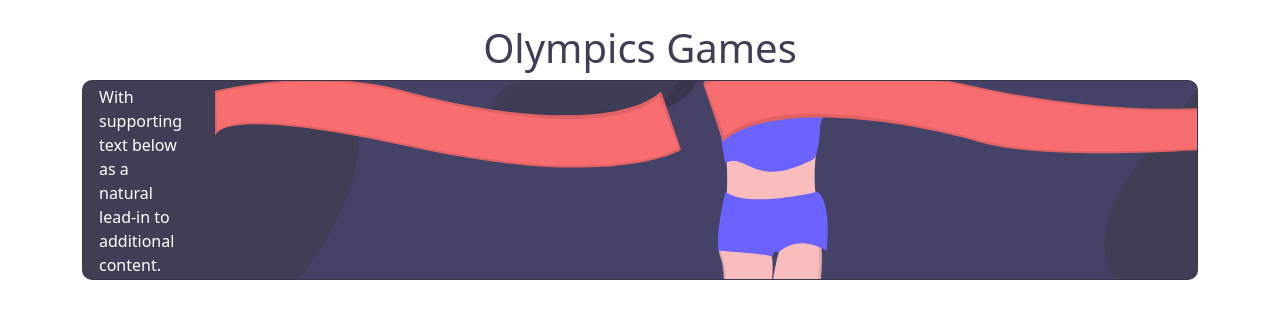
Repository: ahmedazawi/olympic_games
Page: client/views/index.html
An editor plug-in stored every save of this project. The page is shown before and after the next save, followed by the edit.
The browser window is 1280 px wide. The pictures show the whole page.

Above is the page before, as saved 2021-12-24 13:02:36.

### client/views/index.html
<!DOCTYPE html>
<html lang="en">

<head>
    <meta charset="UTF-8">
    <meta http-equiv="X-UA-Compatible" content="IE=edge">
    <meta name="viewport" content="width=device-width, initial-scale=1.0">
    <link href="https://cdn.jsdelivr.net/npm/bootstrap@5.1.3/dist/css/bootstrap.min.css" rel="stylesheet"
        integrity="sha384-1BmE4kWBq78iYhFldvKuhfTAU6auU8tT94WrHftjDbrCEXSU1oBoqyl2QvZ6jIW3" crossorigin="anonymous">
    <link rel="stylesheet" href="/css/index.css">
    <title>Home</title>
</head>

<body>
    <div class="background-img">
        <img>

    </div>

    <div class="body-container d-flex flex-column align-items-center w-100">
        <h1 class="">Olympics Games</h1>
        <div class="container">
            <div class="row g-4">
                <div class="col-12">
                    <div class="card w-100 d-flex flex-row align-items-center">
                        <div class="card-body">
                            <h5 class="card-title">Card title</h5>
                            <p class="card-text">With supporting text below as a natural lead-in to additional content.
                            </p>
                            <a href="#" class="btn btn-light ">Button</a>
                        </div>
                        <div>
                            <img src="/svg/1.svg">
                        </div>
                    </div>
                </div>
            </div>
        </div>
    </div>

    <script src="https://cdn.jsdelivr.net/npm/bootstrap@5.1.3/dist/js/bootstrap.bundle.min.js"
        integrity="sha384-ka7Sk0Gln4gmtz2MlQnikT1wXgYsOg+OMhuP+IlRH9sENBO0LRn5q+8nbTov4+1p"
        crossorigin="anonymous"></script>
</body>

</html>

### client/assets/css/index.css
* {
  --appColor: rgb(63, 62, 85);
}
body {
  color: var(--appColor);
}
.bg-app-color {
  background-color: var(--appColor);
  border: var(--appColor);
}
.font-app-color {
  color: var(--appColor);
}
.body-container .card {
  border-radius: 10px;
  height: 200px;
  background-color: var(--appColor);
  color: white;
  overflow: hidden;
}

After the next save:
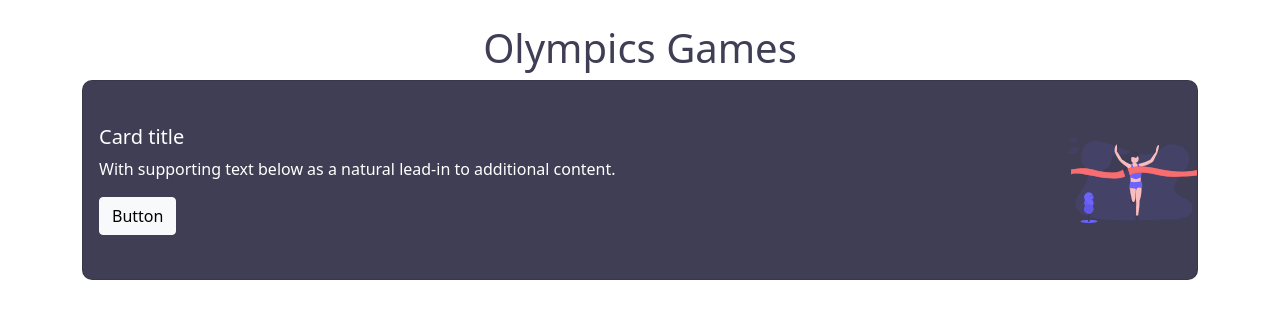
Saved 25 s later.
--- a/client/assets/css/index.css
+++ b/client/assets/css/index.css
@@ -18,3 +18,6 @@
   color: white;
   overflow: hidden;
 }
+.body-container .card img {
+  width: 10vw;
+}
